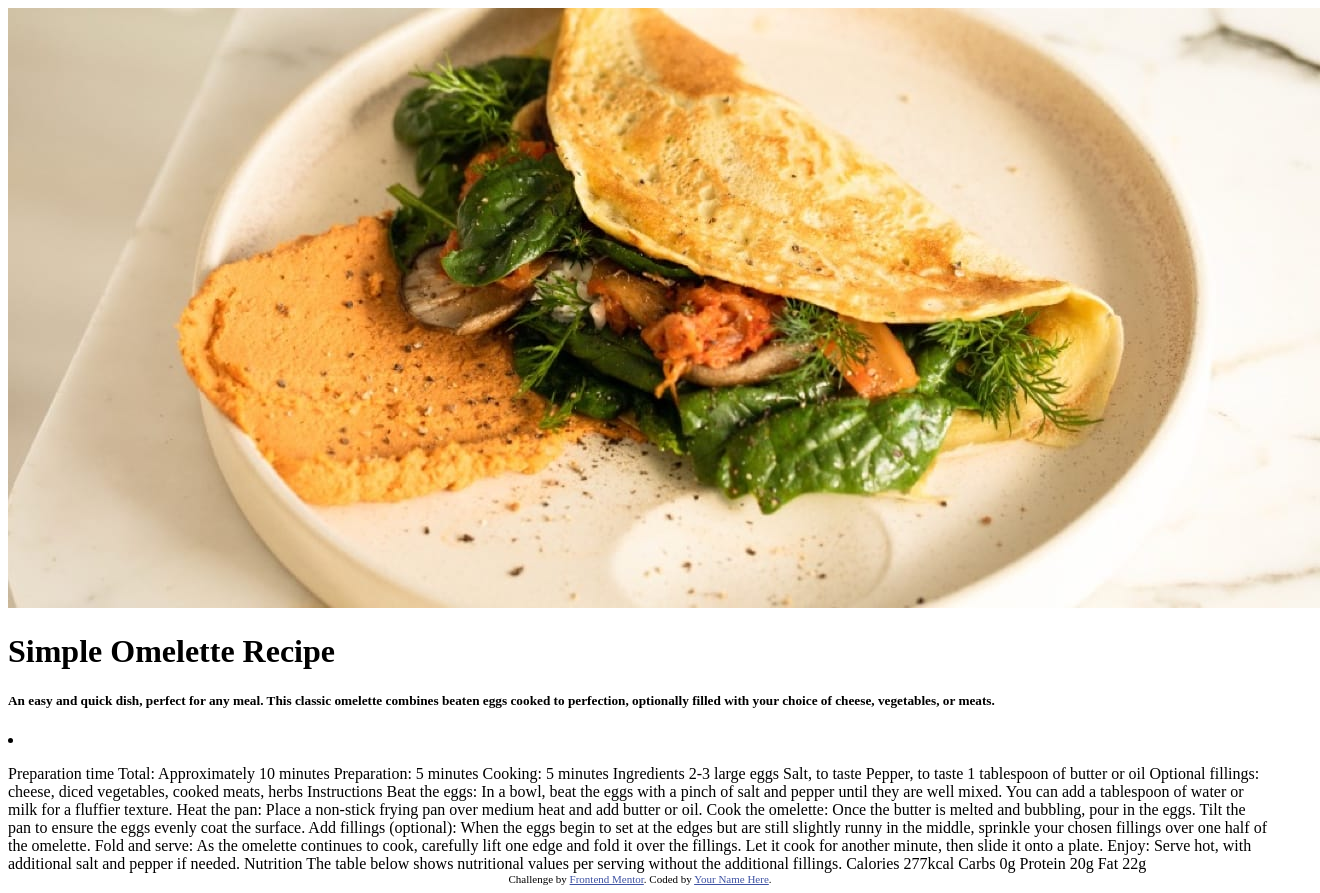
Repository: sodmaq/recipe-page-
Page: index.html
These files come from the project's save history. The page is drawn as it stood at one moment and after the next save; the edit follows.
The browser window is 1280 px wide. The page is 1320 px wide, so the pictures cover 1320 px, including what lies to the right of the window. The pictures show the whole page.

Above is the page before, as saved 2024-09-07 12:17:53.

### index.html
<!DOCTYPE html>
<html lang="en">
  <head>
    <meta charset="UTF-8" />
    <meta name="viewport" content="width=device-width, initial-scale=1.0" />
    <!-- displays site properly based on user's device -->

    <link
      rel="icon"
      type="image/png"
      sizes="32x32"
      href="./assets/images/favicon-32x32.png"
    />

    <title>Frontend Mentor | Recipe page</title>

    <!-- Feel free to remove these styles or customise in your own stylesheet 👍 -->
    <style>
      .attribution {
        font-size: 11px;
        text-align: center;
      }
      .attribution a {
        color: hsl(228, 45%, 44%);
      }
    </style>
  </head>
  <body>
    <img src="/assets/images/image-omelette.jpeg" alt="" />
    <h1>Simple Omelette Recipe</h1>
    <h5>
      An easy and quick dish, perfect for any meal. This classic omelette
      combines beaten eggs cooked to perfection, optionally filled with your
      choice of cheese, vegetables, or meats.
    </h5>
    <li>
      <ul></ul>
    </li>

    Preparation time Total: Approximately 10 minutes Preparation: 5 minutes
    Cooking: 5 minutes Ingredients 2-3 large eggs Salt, to taste Pepper, to
    taste 1 tablespoon of butter or oil Optional fillings: cheese, diced
    vegetables, cooked meats, herbs Instructions Beat the eggs: In a bowl, beat
    the eggs with a pinch of salt and pepper until they are well mixed. You can
    add a tablespoon of water or milk for a fluffier texture. Heat the pan:
    Place a non-stick frying pan over medium heat and add butter or oil. Cook
    the omelette: Once the butter is melted and bubbling, pour in the eggs. Tilt
    the pan to ensure the eggs evenly coat the surface. Add fillings (optional):
    When the eggs begin to set at the edges but are still slightly runny in the
    middle, sprinkle your chosen fillings over one half of the omelette. Fold
    and serve: As the omelette continues to cook, carefully lift one edge and
    fold it over the fillings. Let it cook for another minute, then slide it
    onto a plate. Enjoy: Serve hot, with additional salt and pepper if needed.
    Nutrition The table below shows nutritional values per serving without the
    additional fillings. Calories 277kcal Carbs 0g Protein 20g Fat 22g

    <div class="attribution">
      Challenge by
      <a href="https://www.frontendmentor.io?ref=challenge" target="_blank"
        >Frontend Mentor</a
      >. Coded by <a href="#">Your Name Here</a>.
    </div>
  </body>
</html>

After the next save:
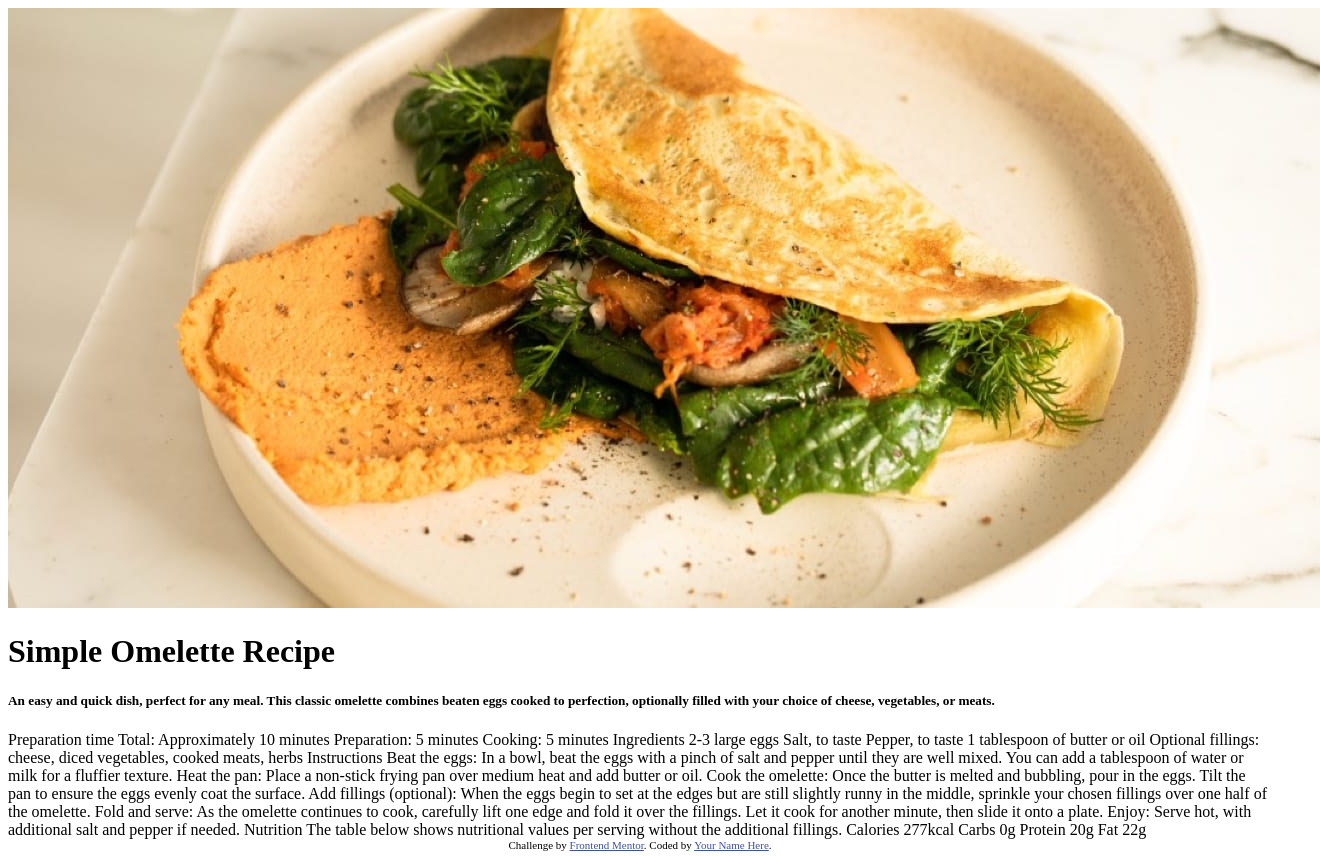
Saved 19 s later.
--- a/index.html
+++ b/index.html
@@ -33,9 +33,6 @@
       combines beaten eggs cooked to perfection, optionally filled with your
       choice of cheese, vegetables, or meats.
     </h5>
-    <li>
-      <ul></ul>
-    </li>
 
     Preparation time Total: Approximately 10 minutes Preparation: 5 minutes
     Cooking: 5 minutes Ingredients 2-3 large eggs Salt, to taste Pepper, to
